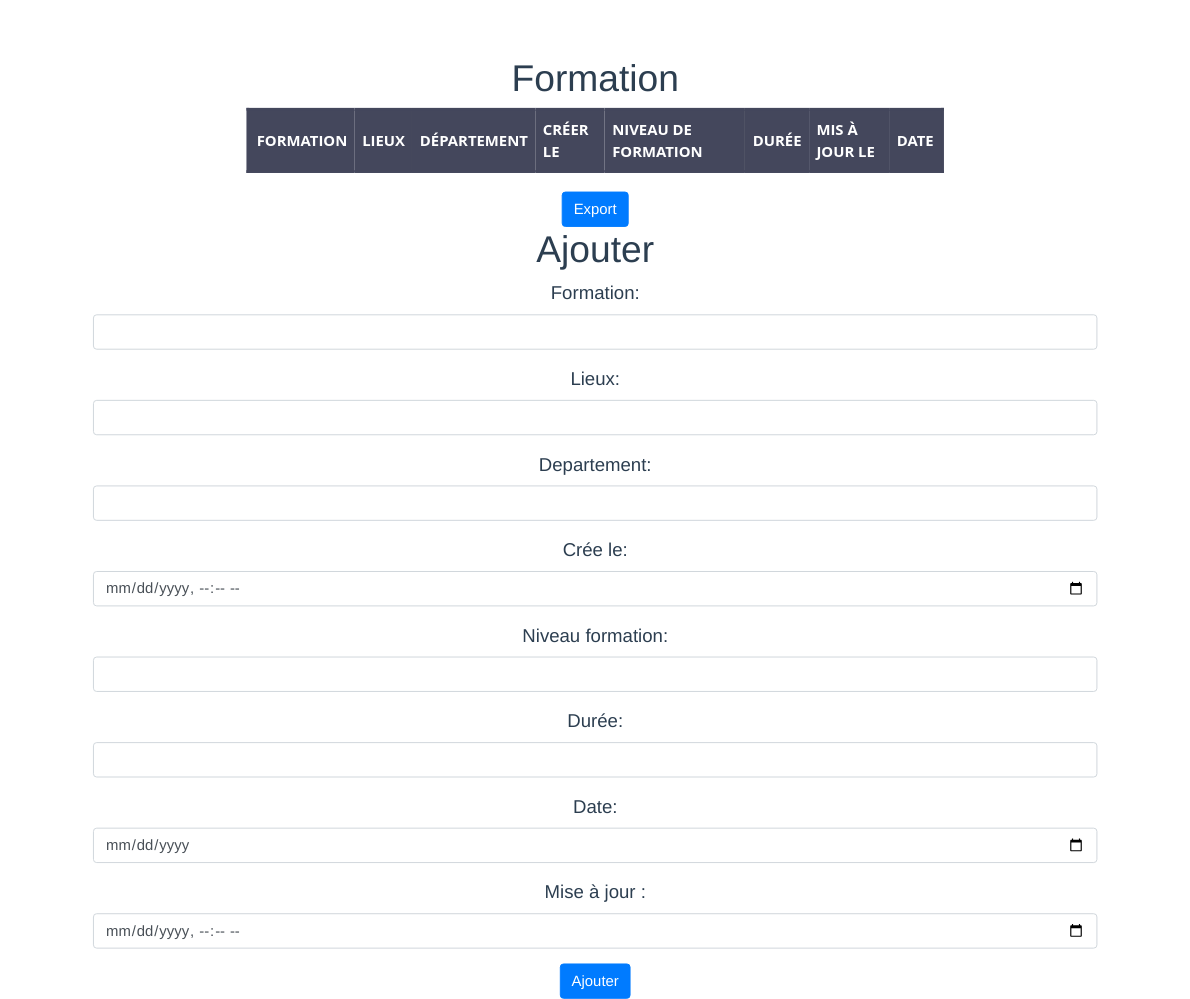
Repository: BaldeThierno1990/Projet-1-formation-tableau-generique-vue-export
Page: / (app in mcc/)
These files come from the project's save history. The page is drawn as it stood at one moment and after the next save; the edit follows.
The browser window is 1280 px wide. The pictures show the whole page, at 93% of full size.
Pictures or frames that could not be fetched are drawn as grey boxes. The page's requests for data from a server got no answer. The project was rebuilt for these pictures with package versions that can differ from the ones it lists, and the page was loaded fresh each time. No one was signed in, and anything a server would have sent is missing.

Above is the page before, as saved 2021-03-22 12:42:33.

After the next save:
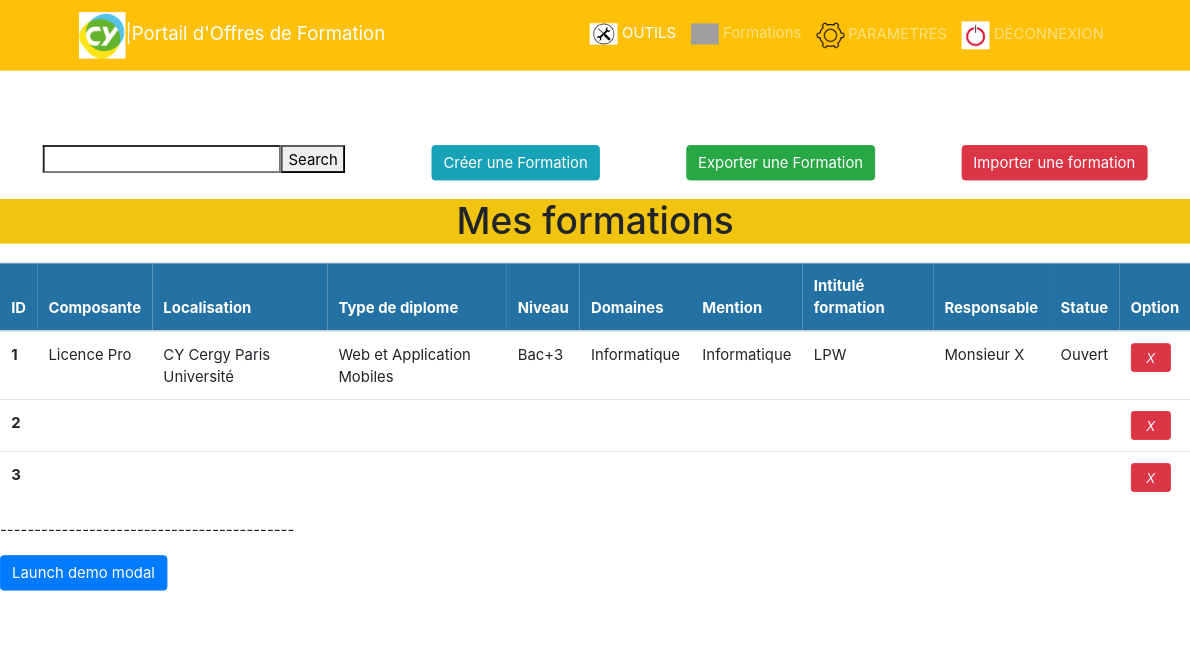
Saved 69 s later.
--- a/mcc/src/App.vue
+++ b/mcc/src/App.vue
@@ -1,17 +1,25 @@
 <template>
   <div id="app">
-    <Home></Home>
+
+  <v-header></v-header>
+  <v-tableau></v-tableau>
+  <v-formation></v-formation>
+
 
   </div>
 </template>
 
 <script>
-import Home from "@/components/Home";
-
+import VTableau from './components/tableau/Vtableau.vue'
+import VHeader from './components/menu/VHeader.vue'
+import VFormation from './components/tableau/VFormation.vue'
 export default {
   name: 'App',
   components: {
-    Home,
+  VHeader,
+    VTableau,
+    VFormation
+
   }
 }
 </script>
@@ -23,6 +31,7 @@
   -moz-osx-font-smoothing: grayscale;
   text-align: center;
   color: #2c3e50;
-  margin-top: 60px;
 }
-</style>
+#nav {
+  padding: 30px;
+}
